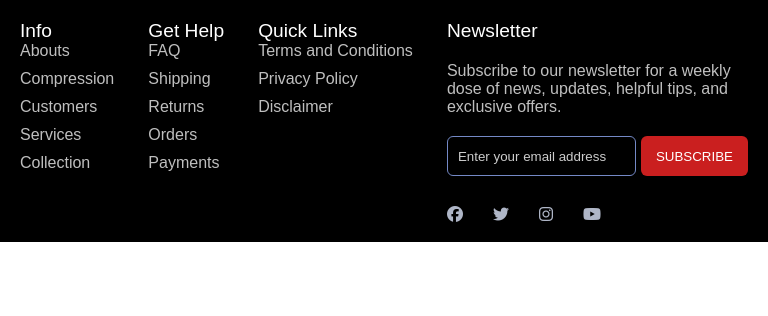
Repository: syni18/responsive_footer
Page: index.html
These files come from the project's save history. The page is drawn as it stood at one moment and after a run of saves; the edit follows.
The browser window is 768 px wide. The pictures show the whole page.
Some web libraries are served in a nearby version.

Above is the page before, as saved 2023-11-03 17:25:46.

### index.html
<!DOCTYPE html>
<html lang="en">
<head>
    <meta charset="UTF-8">
    <meta name="viewport" content="width=device-width, initial-scale=1.0">
    <link rel="stylesheet" href="https://cdnjs.cloudflare.com/ajax/libs/font-awesome/6.4.2/css/all.in.css">
    <link rel="stylesheet" href="style.css">
    <title>Responsive footer</title>
</head>
<body>
    <section class="footer">
        <div class="footer-row">
            <div class="footer-col">
                <h4>Info</h4>
                <ul class="links">
                    <li><a href="#">Abouts</a></li>
                    <li><a href="#">Compression</a></li>
                    <li><a href="#">Customers</a></li>
                    <li><a href="#">Services</a></li>
                    <li><a href="#">Collection</a></li>
                </ul>
            </div>

            <div class="footer-col">
                <h4>Get Help</h4>
                <ul class="links">
                    <li><a href="#">FAQ</a></li>
                    <li><a href="#">Shipping</a></li>
                    <li><a href="#">Returns</a></li>
                    <li><a href="#">Orders</a></li>
                    <li><a href="#">Payments</a></li>
                </ul>
            </div>

            <div class="footer-col">
                <h4>Quick Links</h4>
                <ul class="links">
                    <li><a href="#">Terms and Conditions</a></li>
                    <li><a href="#">Privacy Policy</a></li>
                    <li><a href="#">Disclaimer</a></li>
                </ul>
            </div>

            <div class="footer-col">
                <h4>Newsletter</h4>
                <p>
                    Subscribe to our newsletter for a weekly dose of news, updates, helpful tips, and exclusive offers.
                </p>
                <form action="#">
                    <input type="email" name="email" id="email" placeholder="Enter your email address">
                    <button type="submit">SUBSCRIBE</button>
                </form>
                <div class="icons">
                    <i class="fa-brands fa-facebook"></i>
                    <i class="fa-brands fa-twitter"></i>
                    <i class="fa-brands fa-instagram"></i>
                    <i class="fa-brands fa-youtube"></i>
                </div>
            </div>
        </div>
    </section>
</body>
</html>

### style.css
*{
    margin: 0;
    padding: 0;
    box-sizing: border-box;
    font-family: sans-serif;
}
.footer{
    position: absolute;
    top: 50%;
    left: 50%;
    transform: translate(-50%, -50%);
    max-width: 1280px;
    width: 95%;
    background: #000;
    border-radius: 6px;
}
.footer .footer-row{
    display: flex;
    flex-wrap: wrap;
    justify-content: space-between;
    gap: 3.5rem;
    padding: 60px;
}
.footer-row .footer-col h4 {
    color: #fff;
    font-size: 1.2rem;
    font-weight: 400;
}
.footer-col .links li{
    list-style: none;
    margin-bottom: 10px;
}
.footer-col .links li a {
    text-decoration: none;
    color: #bfbfbf;
}
.footer-col .links li a:hover{
    color: #fff;
}
.footer-col p {
    margin: 20px 0;
    color: #bfbfbf;
    max-width: 300px;
}
.footer-col form{
    display: flex;
    gap: 5px;
}
.footer-col input{
    height: 40px;
    border-radius: 6px;
    background: none;
    width: 100%;
    outline: none;
    border: 1px solid #7489c6;
    caret-color: #fff;
    color: #fff;
    padding-left: 10px;
}
.footer-col input::placeholder{
    color: #ccc;
}
.footer-col form button{
    background: #ca1f1f;
    color: #fff;
    outline: none;
    border: none;
    padding: 10px 15px;
    border-radius: 6px;
    cursor: pointer;
    font-weight: 500;
    transition: 0.2s ease;
}
.footer-col form button:hover{
    background: #cecccc;
}
.footer-col .icons {
    display: flex;
    margin-top: 30px;
    gap: 30px;
    cursor: pointer;
}
.footer-col .icons i {
    color: #afb6c7;
}

@media (max-width: 768px) {
    .footer{
        position: relative;
        bottom: 0;
        left: 0;
        transform: none;
        width: 100%;
        border-radius: 0;
    }
    .footer .footer-row{
        padding: 20px;
        gap: 1rem;
    }
    .footer-col form {

    }
}

After the next 2 saves:
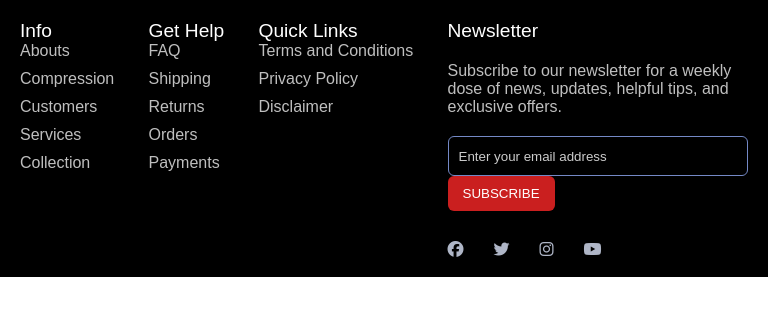
The 2 saves are shown as one change because they came seconds apart.
The last was saved 8 s later.
--- a/style.css
+++ b/style.css
@@ -98,6 +98,7 @@
         gap: 1rem;
     }
     .footer-col form {
+        display: block;
+    }
 
-    }
 }
